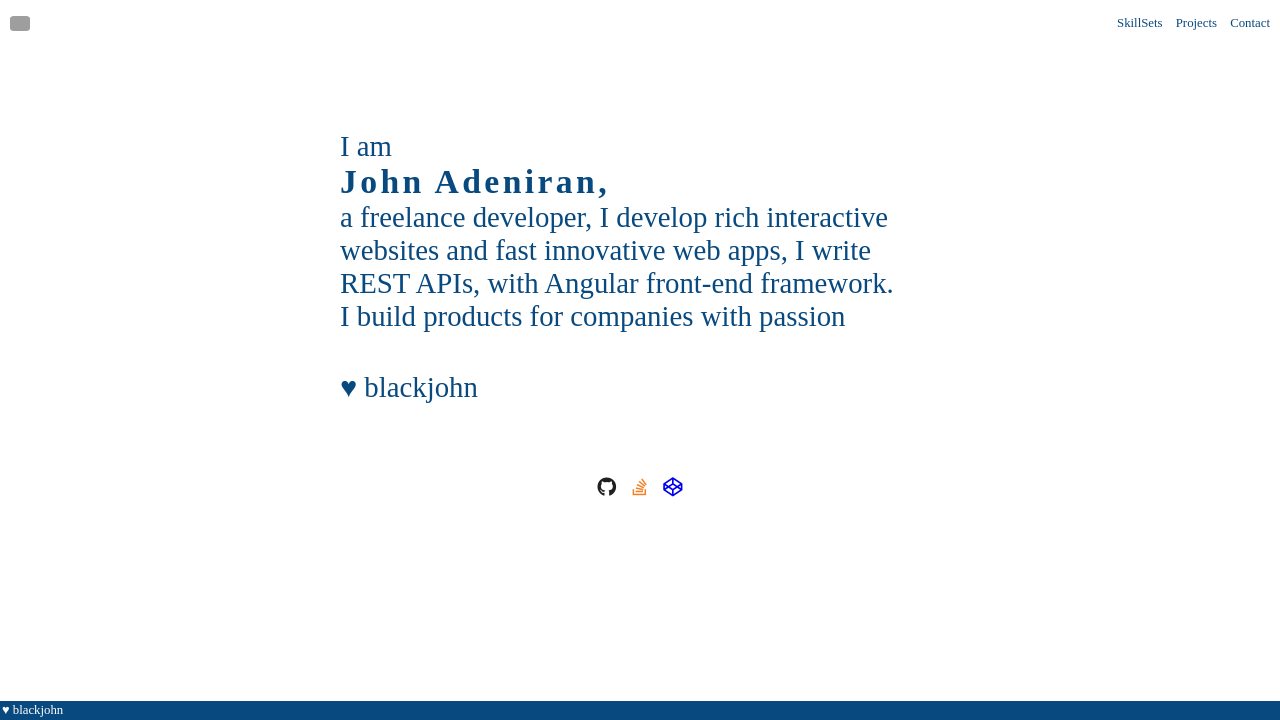
Repository: adeniranjohn/adeniranjohn.github.io
Page: index.html
These files come from the project's save history. The page is drawn as it stood at one moment and after a run of saves; the edit follows.
The browser window is 1280 px wide. The pictures show the whole page.
Pictures or frames that could not be fetched are drawn as grey boxes. Some web libraries are served in a nearby version.

Above is the page before, as saved 2021-04-04 14:08:54.

After the next 2 saves:
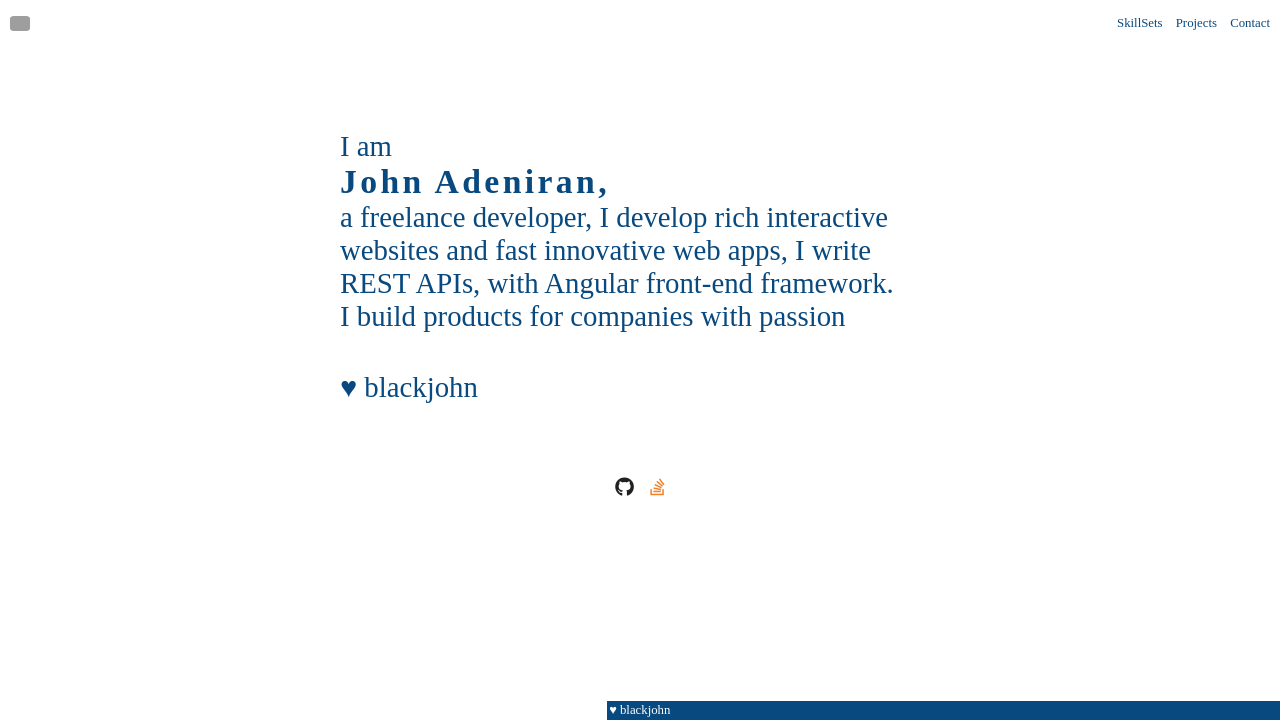
The 2 saves are shown as one change because they came seconds apart.
The last was saved 35 s later.
--- a/index.html
+++ b/index.html
@@ -62,7 +62,7 @@
                     <li><a href="https://stackoverflow.com/users/6594090/adeniran-john" target="_blank" rel="noopener"
                             aria-label="StackOverFlow"><i class="fab fa-stack-overflow" alt="StackOverflow"></i></a>
                     </li>
-                    <li><a href="https://codepen.io/jasolajohn" alt="Codepen" target="_blank" rel="noopener"
+                    <!--<li><a href="https://codepen.io/jasolajohn" alt="Codepen" target="_blank" rel="noopener"
                             aria-label="Codepen"><i class="fab fa-codepen"></i></a></li>
                 </ul>
 
